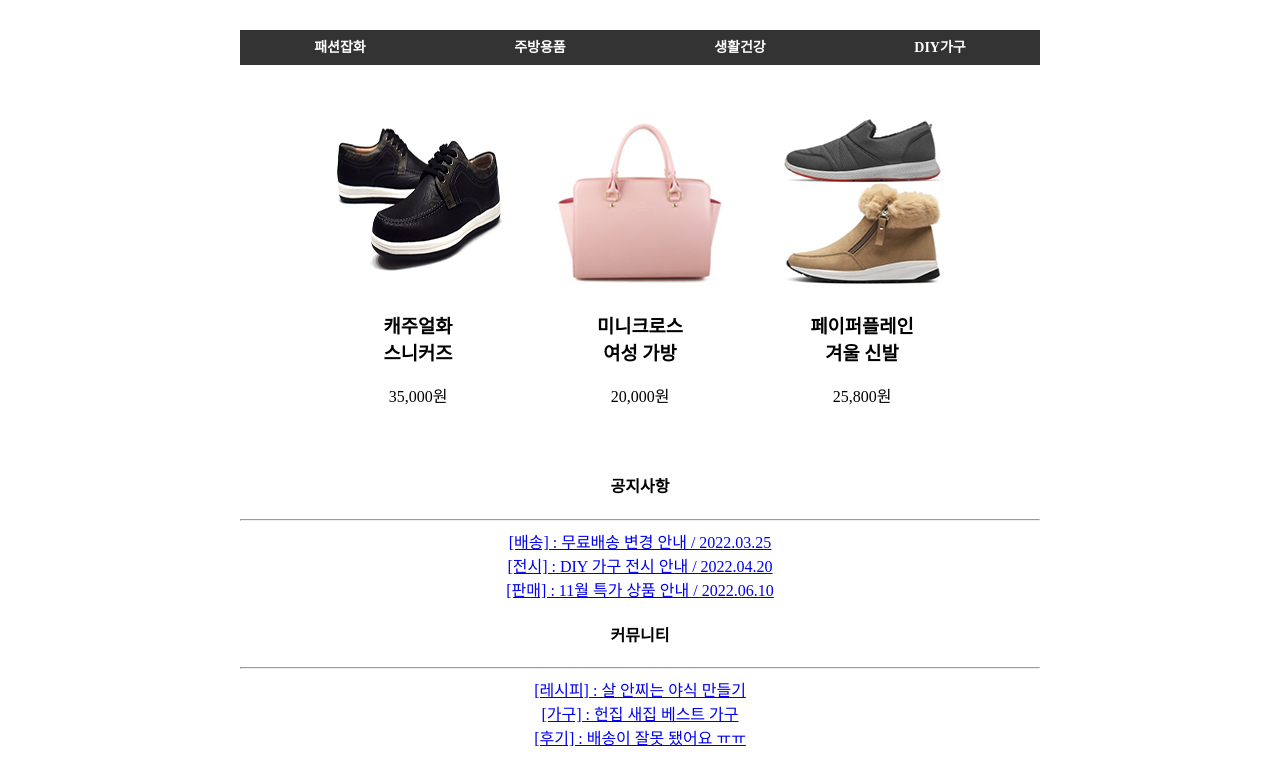
Repository: dudadab/Hhyundaiezwel_Academy
Page: CSS01/src/main/webapp/cssEx.html
The author's editor kept a copy of each file at every save. The page is drawn from the files as they stood at one save, then again after the next save.
The browser window is 1280 px wide. The pictures show the whole page.

Above is the page before, as saved 2025-07-02 08:14:26.

### CSS01/src/main/webapp/cssEx.html
<!DOCTYPE html>
<html>
	<head>
		<meta charset="UTF-8">
		<title>CSS 종합 연습문제</title>
		<link rel="stylesheet" type="text/css" href="cssEX.css">
	</head>
	<body>
		<div id="wrap">
			<div id="mainMenuBox">
				<ul id="menuItem">
					<li><a href="#">패션잡화</a></li>
					<li><a href="#">주방용품</a></li>
					<li><a href="#">생활건강</a></li>
					<li><a href="#">DIY가구</a></li>
				</ul>
			</div>
			<div id="productBox">
				<div>
					<img src="image/image/fashion1.png">
					<h3 class="prdTitle">캐주얼화<br>스니커즈</h3>
					<p class="prdPrice">35,000원</p>
				</div>
				<div>
					<img src="image/image/fashion2.png">
					<h3 class="prdTitle">미니크로스<br>여성 가방</h3>
					<p class="prdPrice">20,000원</p>
				</div>
				<div>
					<img src="image/image/fashion3.png">
					<h3 class="prdTitle">페이퍼플레인<br>겨울 신발</h3>
					<p class="prdPrice">25,800원</p>
				</div>
			</div>
			<div id="infoBox">
				<div class="box">
					<h4>공지사항</h4>
					<hr>
					<a href="#">[배송] : 무료배송 변경 안내 / 2022.03.25</a><br>
					<a href="#">[전시] : DIY 가구 전시 안내 / 2022.04.20</a><br>
					<a href="#">[판매] : 11월 특가 상품 안내 / 2022.06.10</a><br>
				</div>
				<div class="box">
					<h4>커뮤니티</h4>
					<hr>
					<a href="#">[레시피] : 살 안찌는 야식 만들기</a><br>
					<a href="#">[가구] : 헌집 새집 베스트 가구</a><br>
					<a href="#">[후기] : 배송이 잘못 됐어요 ㅠㅠ</a><br>
				</div>
			</div>
		</div>
	</body>
</html>

### CSS01/src/main/webapp/cssEX.css
@charset "UTF-8";

/*전체 컨텐츠를 담고 있는 div 태그*/
#wrap{
	margin:0 auto;/*가운데 정렬*/
	width:800px; /*가운데 정렬하기 위해서는 width 값이 있어야 함*/
	text-align:center;

}

#mainMenuBox{
	height:35px;
	line-height:35px; /*줄간격 - 수직 가운데 정렬 효과*/
	background-color:#333;
	margin-top:	30px;
	margin-bottom:30px;

}

#mainMenuBox ul {
	padding-left:0;
	margin:0;
	list-style:none;/*type 없음*/

}

#mainMenuBox li{
	float:left;
	width:25%;
	text-align:center;
}

#mainMenuBox a{
	text-decoration:none; /*a 태그의 밑줄 없애기*/
	color:white;
	display:block; /*a 태그는 inline 속성 -> block으로 속성 변경 시 마우스 반응 영역이 상위 태그에 준해서 확장됨*/
	font-size:14px;
	font-weight:bold;
}

#mainMenuBox a:hover {/*각 메뉴 항목에 마우스 올릴 시 */
	color:red;
	text-decoration:underline;
	background-color:black;

}

#productBox {
	margin-bottom:30px;

}

#productBox div {
	display:inline-block;
	margin:20px;
}

#productBox div > h3.ordTitle {
	margin-bottom:5px;
	color:blue;
	font-weight:bold;
}

After the next save:
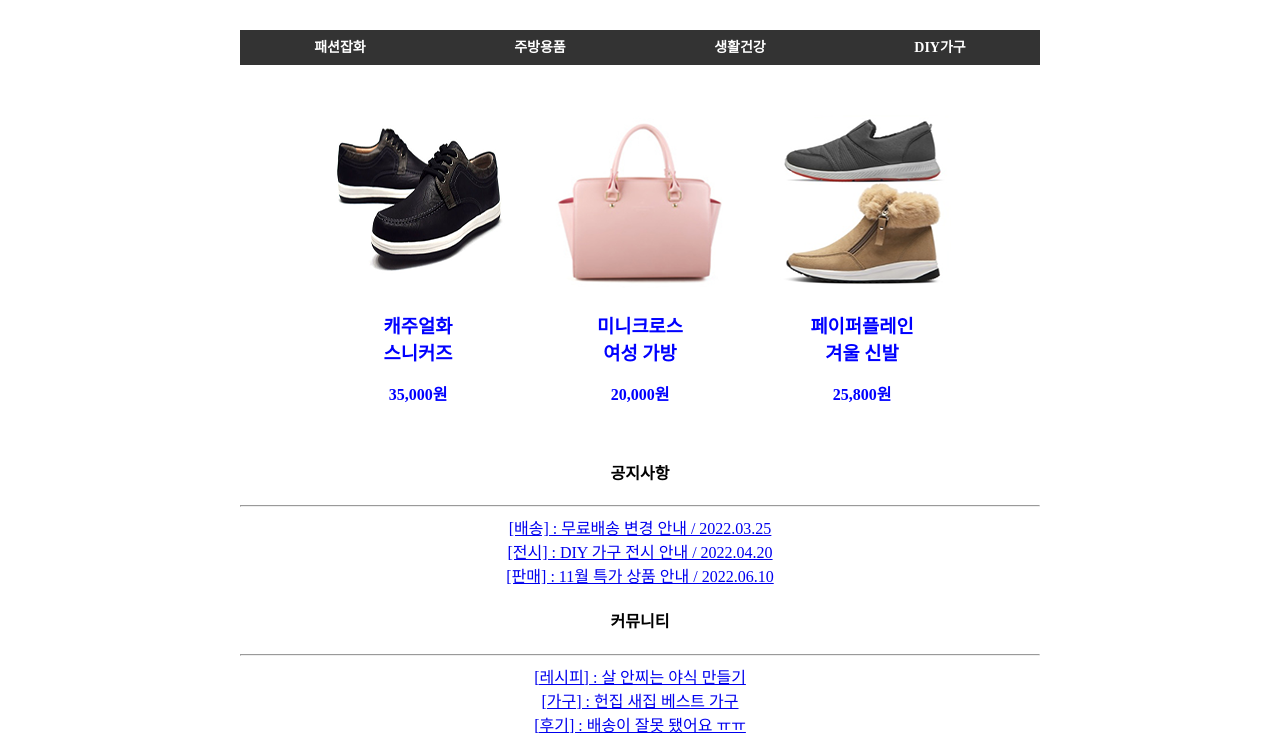
Saved 35 s later.
--- a/CSS01/src/main/webapp/cssEX.css
+++ b/CSS01/src/main/webapp/cssEX.css
@@ -55,8 +55,14 @@
 	margin:20px;
 }
 
-#productBox div > h3.ordTitle {
+#productBox div > h3.prdTitle {
 	margin-bottom:5px;
 	color:blue;
 	font-weight:bold;
 }
+
+#productBox div > p.prdPrice {
+	margin-bottom:5px;
+	color:blue;
+	font-weight:bold;
+}
